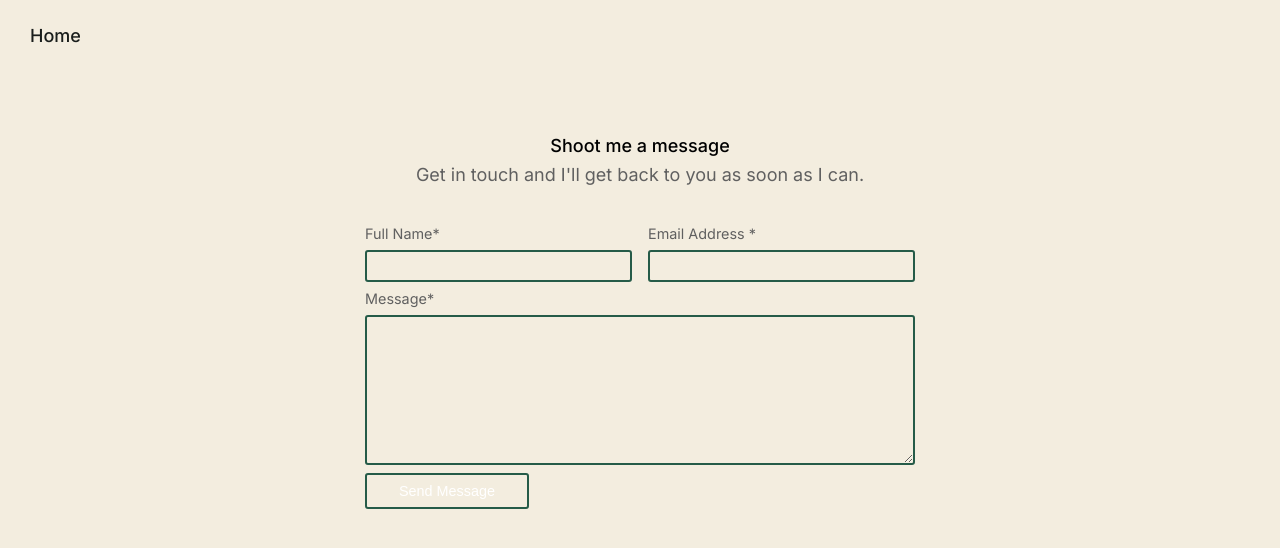
Repository: David-Waite/David-Waite-Portfolio
Page: /contact
An editor plug-in stored every save of this project. The page is shown before and after a run of saves, followed by the edit.
The browser window is 1280 px wide. The pictures show the whole page.
The project was rebuilt for these pictures with package versions that can differ from the ones it lists, and the page was loaded fresh each time. The framework's server and built-in components were replaced by stand-ins that run in the browser. Also part of the build but not shown: next.config.js, app/components/Nav/NavButton/navButton.module.css, app/components/Nav/NavButton/NavButton.tsx.

Above is the page before, as saved 2023-07-26 20:16:25.

After the next 2 saves:
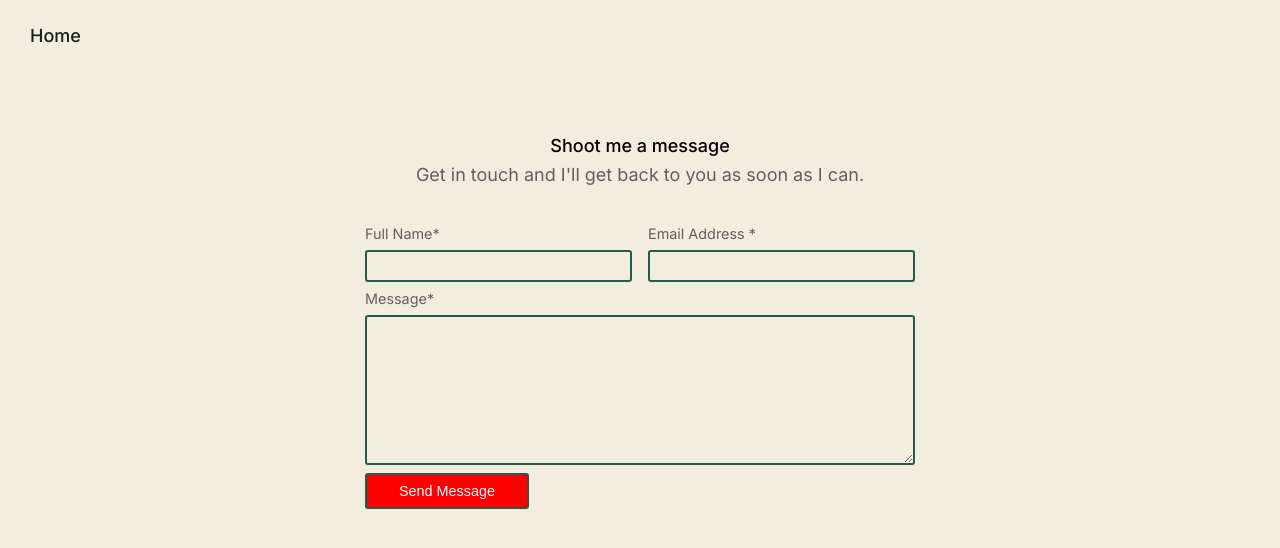
The 2 saves are shown as one change because they came seconds apart.
The last was saved 15 s later.
--- a/app/globals.css
+++ b/app/globals.css
@@ -4,6 +4,7 @@
   --background: #f3eddf;
   --white: #ffffff;
   --grey: #606060;
+  --error: red;
 }
 
 .paragraph {
